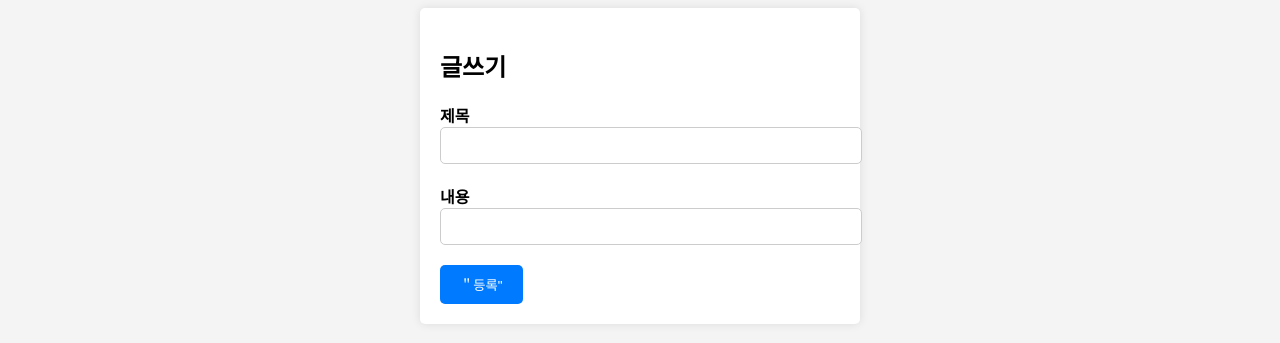
Repository: S1K1DA/Servlet
Page: ServletProject/src/main/webapp/board/boardEnroll.html
These files come from the project's save history. The page is drawn as it stood at one moment and after the next save; the edit follows.
The browser window is 1280 px wide. The pictures show the whole page.

Above is the page before, as saved 2024-05-07 03:05:27.

### ServletProject/src/main/webapp/board/boardEnroll.html
<!DOCTYPE html>
<html lang="en">
<head>
    <meta charset="UTF-8">
    <meta name="viewport" content="width=device-width, initial-scale=1.0">
    <title>글쓰기 폼</title>
    <style>
        body {
            font-family: Arial, sans-serif;
            background-color: #f4f4f4;
        }
        .container {
            max-width: 400px;
            margin: 0 auto;
            padding: 20px;
            background-color: #fff;
            border-radius: 5px;
            box-shadow: 0 0 10px rgba(0, 0, 0, 0.1);
        }
        .form-group {
            margin-bottom: 20px;
        }
        label {
            display: block;
            font-weight: bold;
        }
        input[type="text"], input[type="password"] {
            width: 100%;
            padding: 10px;
            border: 1px solid #ccc;
            border-radius: 5px;
        }
        input[type="submit"] {
            background-color: #007BFF;
            color: #fff;
            padding: 10px 20px;
            border: none;
            border-radius: 5px;
            cursor: pointer;
        }
    </style>
</head>
<body>
    <div class="container">
        <h2>글쓰기</h2>
        <form action="" method="">
            <div class="form-group">
                <label for="title">제목</label>
                <input type="text" id="title" required>
            </div>
            <div class="form-group">
                <label for="content">내용</label>
                <input type="password" id="content" required>
            </div>
            <input type="submit" value=＂등록">
        </form>
    </div>
</body>
</html>

After the next save:
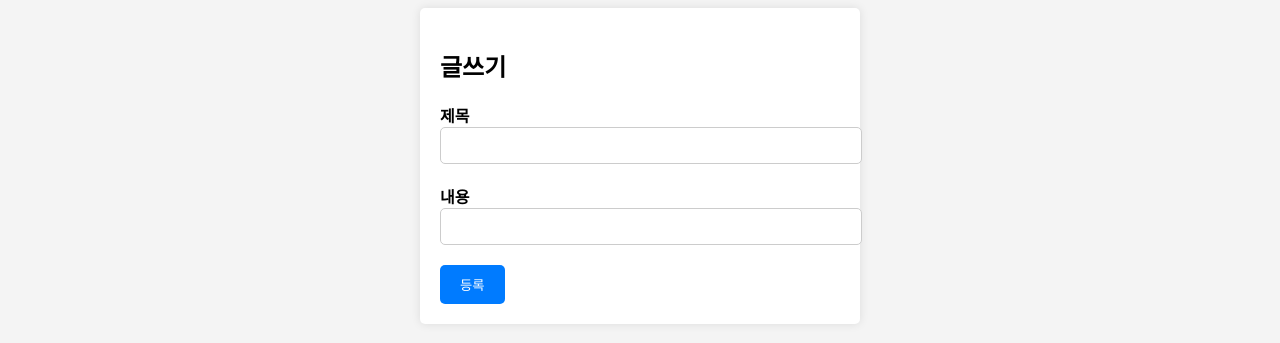
Saved 2 min 24 s later.
--- a/ServletProject/src/main/webapp/board/boardEnroll.html
+++ b/ServletProject/src/main/webapp/board/boardEnroll.html
@@ -52,7 +52,7 @@
                 <label for="content">내용</label>
                 <input type="password" id="content" required>
             </div>
-            <input type="submit" value=＂등록">
+            <input type="submit" value="등록">
         </form>
     </div>
 </body>
